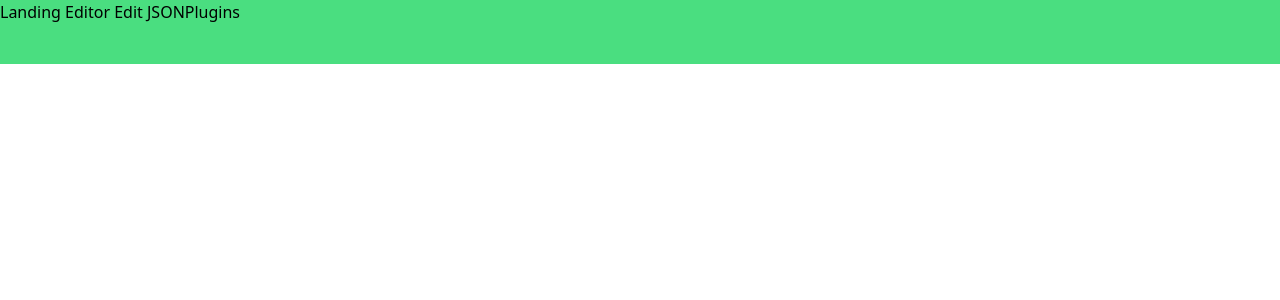
Repository: ShumilovMikhail/plugins-app
Page: / (app in app/frontend/)
An editor plug-in stored every save of this project. The page is shown before and after the next save, followed by the edit.
The browser window is 1280 px wide. The pictures show the whole page.
The project was rebuilt for these pictures with package versions that can differ from the ones it lists, and the page was loaded fresh each time. Also part of the build but not shown: app/frontend/angular.json.

Above is the page before, as saved 2024-05-13 07:26:06.

### app/frontend/src/app/app.component.ts
import { Component } from '@angular/core';
import { RouterOutlet } from '@angular/router';
import { HeaderComponent } from './layout/header/header.component';

@Component({
  selector: 'app-root',
  standalone: true,
  imports: [RouterOutlet, HeaderComponent],
  templateUrl: './app.component.html',
})
export class AppComponent {
}

### app/frontend/src/app/layout/header/header.component.ts
import { Component, inject } from '@angular/core';
import { HeaderService } from '../../services/header.service';
import { RouterLink } from '@angular/router';

@Component({
  selector: 'app-header',
  standalone: true,
  imports: [RouterLink],
  templateUrl: './header.component.html',
})
export class HeaderComponent {
  protected readonly headerService = inject(HeaderService);
};

### app/frontend/src/app/layout/header/header.component.html
<div class="h-16 w-full bg-green-400">
  {{headerService.pageName()}}
  <a routerLink="/editor/json">Edit JSON</a>
  <a routerLink="/store">Plugins</a>
</div>

### app/frontend/src/app/services/header.service.ts
import { Injectable, signal } from "@angular/core";

@Injectable({
  providedIn: 'root'
})
export class HeaderService {
  pageName = signal('Landing Editor');
};

Loaded but not shown: app/frontend/src/index.html (common file); app/frontend/src/styles.scss (common file); app/frontend/src/main.ts (common file); app/frontend/src/app/app.config.ts (common file); app/frontend/src/app/app.routes.ts (common file); app/frontend/src/app/app.component.html (common file); app/frontend/tailwind.config.js (common file)

After the next save:
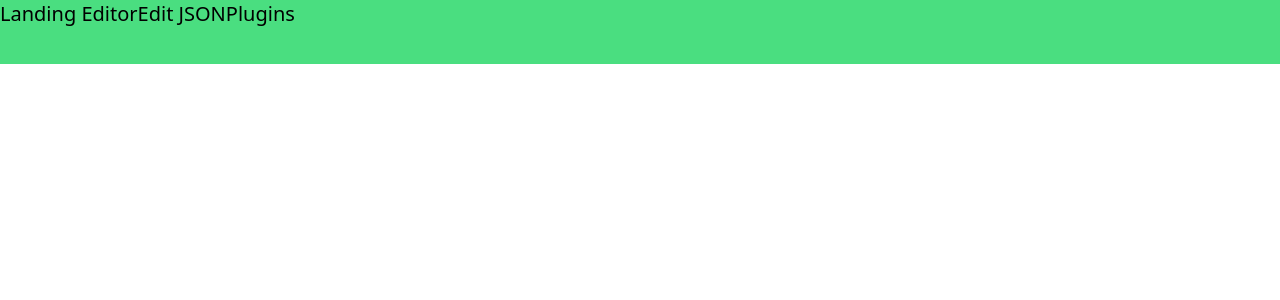
Saved 60 s later.
--- a/app/frontend/src/app/layout/header/header.component.html
+++ b/app/frontend/src/app/layout/header/header.component.html
@@ -1,5 +1,5 @@
 <div class="h-16 w-full bg-green-400">
-  {{headerService.pageName()}}
-  <a routerLink="/editor/json">Edit JSON</a>
-  <a routerLink="/store">Plugins</a>
+  <span class="text-xl">{{headerService.pageName()}}</span>
+  <a class="text-xl" routerLink="/editor/json">Edit JSON</a>
+  <a class="text-xl" routerLink="/store">Plugins</a>
 </div>
